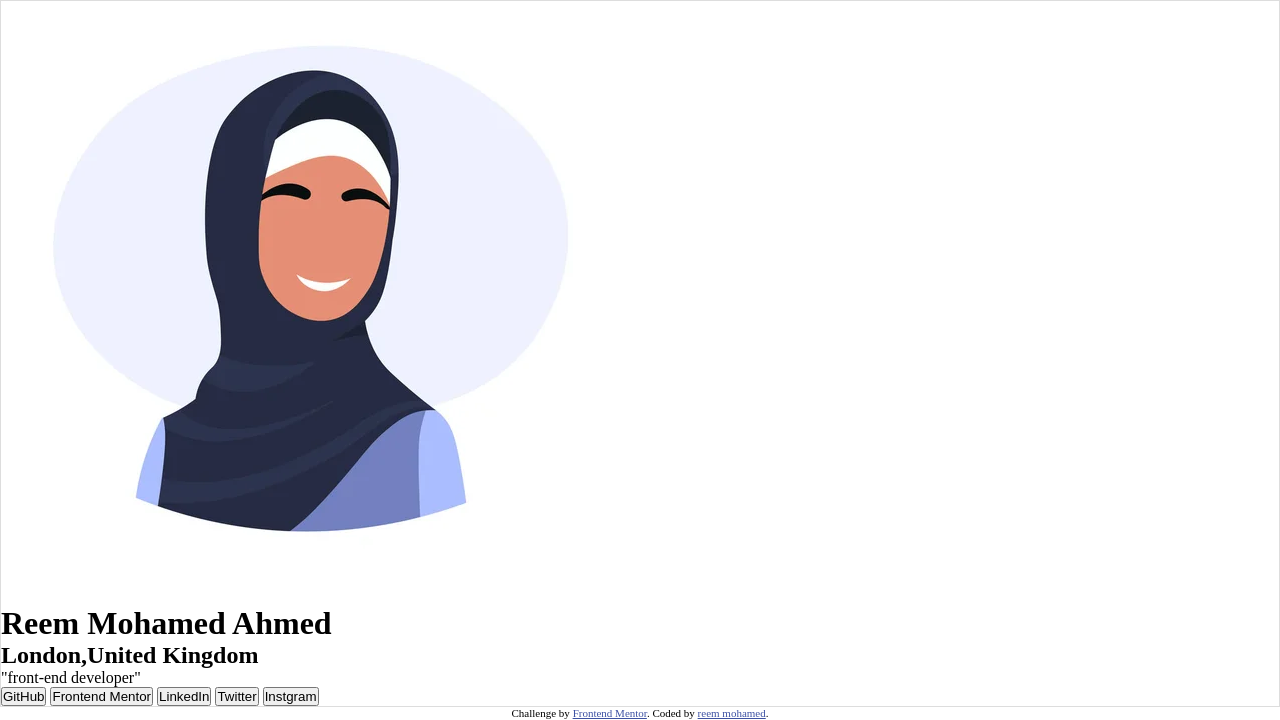
Repository: reemoon-ctrl/social_links_profile_main
Page: index.html
An editor plug-in stored every save of this project. The page is shown before and after a run of saves, followed by the edit.
The browser window is 1280 px wide. The pictures show the whole page.

Above is the page before, as saved 2024-07-23 09:23:22.

### index.html
<!DOCTYPE html>
<html lang="en">
<head>
  <meta charset="UTF-8">
  <meta name="viewport" content="width=device-width, initial-scale=1.0"> <!-- displays site properly based on user's device -->

  <link rel="icon" type="image/png" sizes="32x32" href="./assets/images/favicon-32x32.png">

  <title>Frontend Mentor | Social links profile</title>

  <!-- Feel free to remove these styles or customise in your own stylesheet 👍 -->
  <style>
    .attribution { font-size: 11px; text-align: center; }
    .attribution a { color: hsl(228, 45%, 44%); }
  </style>
  <link rel="stylesheet" href="index.css"/>
</head>
<body>
  <main>
    <div class="form-container">
      <div>
      <img src="/depositphotos_668859444-stock-illustration-arab-woman-face-covered-hijab.jpg" alt="person-img">
      <h1>Reem Mohamed Ahmed</h1>
      <h2>London,United Kingdom</h2>
      <p>"front-end developer"</p>
      <button>GitHub</button>
      <button>Frontend Mentor</button>
      <button>LinkedIn</button>
      <button>Twitter</button>
      <button>Instgram</button>
      </div>
  </div>
 </main>
  <footer>
  <div class="attribution">
    Challenge by <a href="https://www.frontendmentor.io?ref=challenge" target="_blank">Frontend Mentor</a>.
    Coded by <a href="https://www.frontendmentor.io/reemoon-ctrl">reem mohamed</a>.
  </div>
  </footer>
</body>
</html>

### index.css
*{
    box-sizing: border-box;
    margin:0px;
    padding: 0px;
}
.form-container{
    border:1px solid #ddd;
    margin :auto;
}
footer{
    position: ;
}

After the next 2 saves:
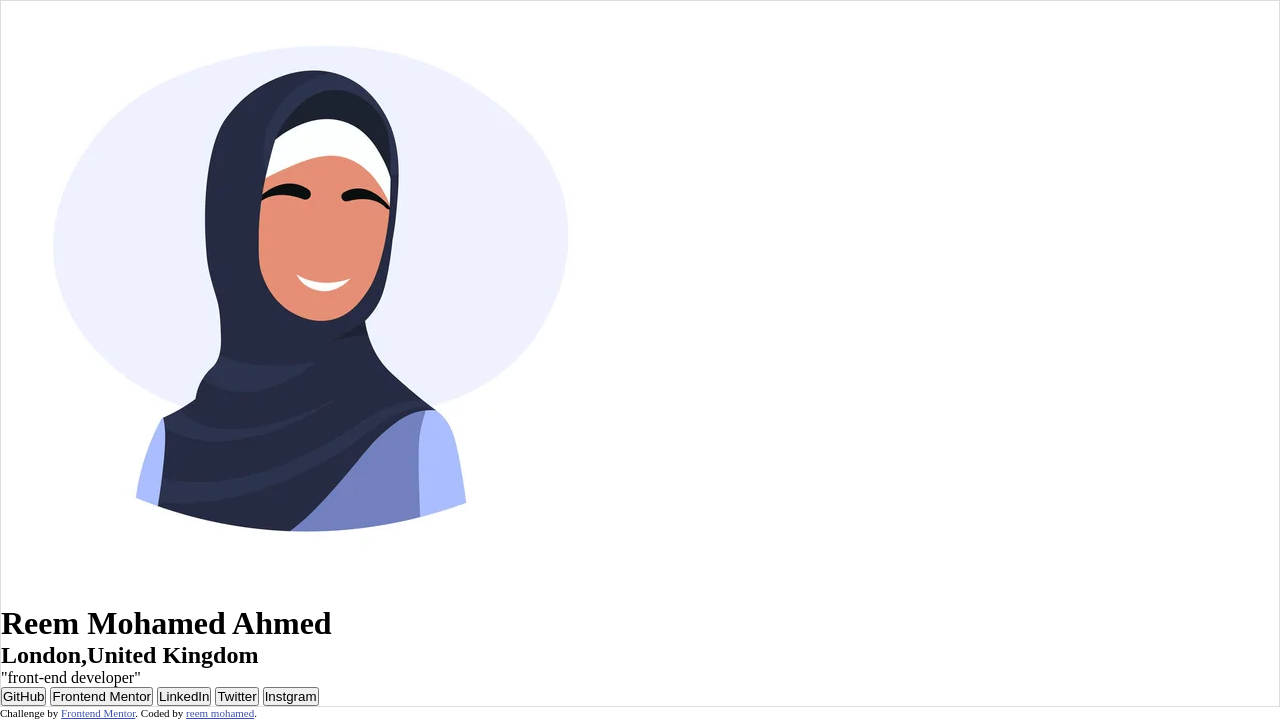
The 2 saves are shown as one change because they came seconds apart.
The last was saved 7 s later.
--- a/index.css
+++ b/index.css
@@ -8,5 +8,6 @@
     margin :auto;
 }
 footer{
-    position: ;
+    position: fixed;
+
 }
